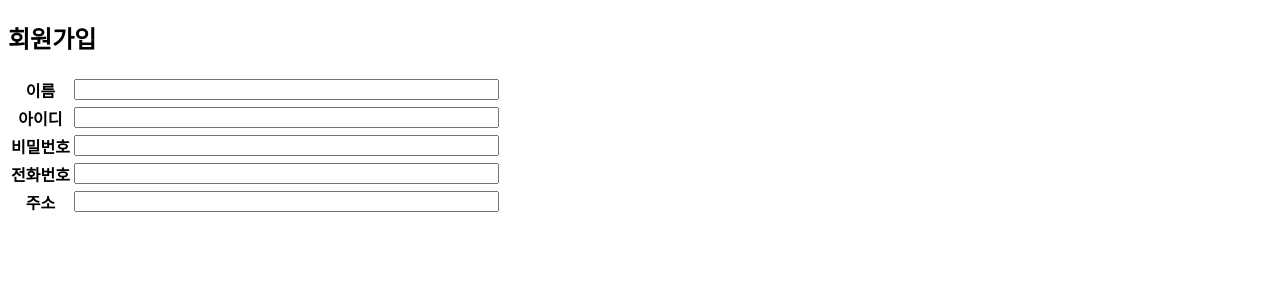
Repository: johwon/jspStudy
Page: jspStudy/src/main/webapp/member/member.html
An editor plug-in stored every save of this project. The page is shown before and after the next save, followed by the edit.
The browser window is 1280 px wide. The pictures show the whole page.

Above is the page before, as saved 2024-12-03 07:45:47.

### jspStudy/src/main/webapp/member/member.html
<!DOCTYPE html>
<html>
<head>
<meta charset="UTF-8">
<title>회원가입</title>
</head>
<body>
	<h2>회원가입</h2>
	<form method="post" , action="MemberInsert"></form>
	<table>
		<tr>
			<th>이름</th>
			<td><input type="text" name="writer" size="50"></td>
		</tr>
		<tr>
			<th>아이디</th>
			<td><input type="text" name="writer" size="50"></td>
		</tr>
		<tr>
			<th>비밀번호</th>
			<td><input type="password" name="writer" size="50"></td>
		</tr>
		<tr>
			<th>전화번호</th>
			<td><input type="text" name="writer" size="50"></td>
		</tr>
		<tr>
			<th>주소</th>
			<td><input type="text" name="writer" size="50"></td>
		</tr>

	</table>

</body>
</html>

After the next save:
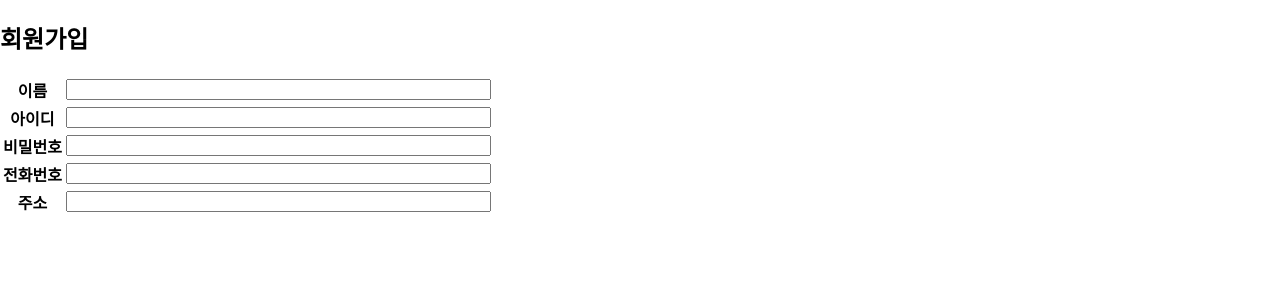
Saved 26 s later.
--- a/jspStudy/src/main/webapp/member/member.html
+++ b/jspStudy/src/main/webapp/member/member.html
@@ -4,6 +4,11 @@
 <meta charset="UTF-8">
 <title>회원가입</title>
 </head>
+<style>
+body{
+	margin: 0 auto;
+}
+</style>
 <body>
 	<h2>회원가입</h2>
 	<form method="post" , action="MemberInsert"></form>

After the save that followed:
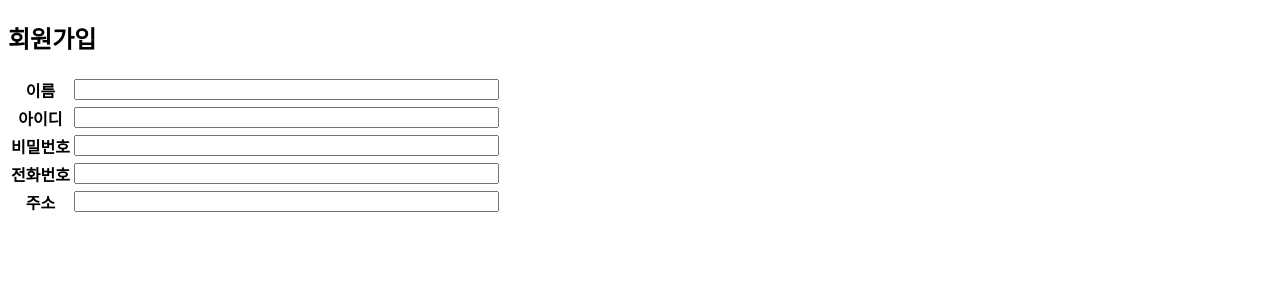
Saved 6 s later.
--- a/jspStudy/src/main/webapp/member/member.html
+++ b/jspStudy/src/main/webapp/member/member.html
@@ -5,7 +5,7 @@
 <title>회원가입</title>
 </head>
 <style>
-body{
+form{
 	margin: 0 auto;
 }
 </style>
